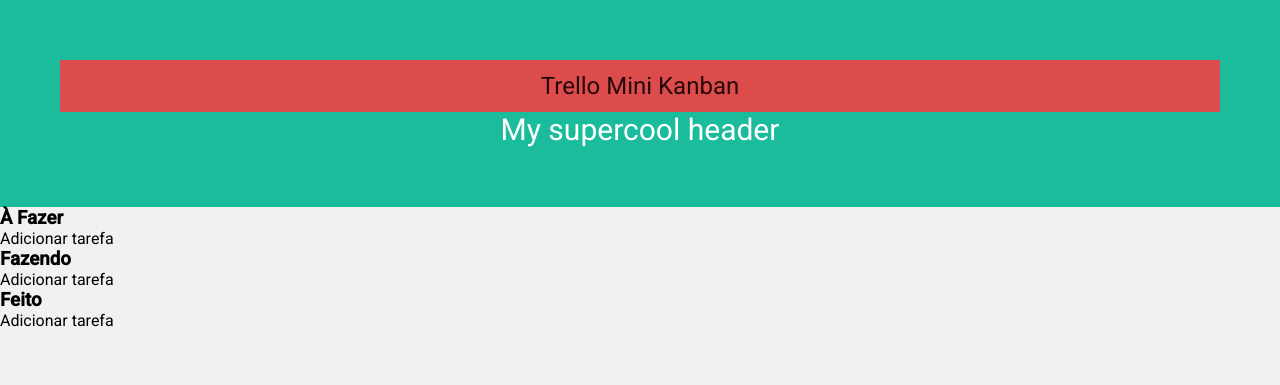
Repository: douglasabnovato/byteclass
Page: trello-mini-kanban/index.html
These files come from the project's save history. The page is drawn as it stood at one moment and after the next save; the edit follows.
The browser window is 1280 px wide. The pictures show the whole page.

Above is the page before, as saved 2025-07-31 20:22:12.

### trello-mini-kanban/index.html
<!DOCTYPE html>
<html>
  <head>
    <meta charset="UTF-8" />
    <meta http-equiv="X-UA-Compatible" content="IE=edge" />
    <meta name="viewport" content="width=device-width, initial-scale=1.0" />
    <link
      rel="stylesheet"
      href="https://cdnjs.cloudflare.com/ajax/libs/font-awesome/4.7.0/css/font-awesome.min.css"
    />
    <title>Trello Mini Kanban</title>
    <link rel="stylesheet" href="./style.css" />
  </head>

  <body>
    <div id="home" class="container content" >
      <header>
        <h1>Trello Mini Kanban</h1>
        <p>My supercool header</p>
      </header>

      <main>
        <div class="board">
          <h3 class="title">À Fazer</h3>
          <ul
            id="a-fazer"
            class="todo-list"
            ondrop="drop(event, this.id)"
            ondragover="over(event)"
          ></ul>
          <div class="add-card" onclick="addCard(this)">
            <p>Adicionar tarefa</p>
          </div>
        </div>

        <div class="board">
          <h3 class="title">Fazendo</h3>
          <ul
            id="fazendo"
            class="todo-list"
            ondrop="drop(event, this.id)"
            ondragover="over(event)"
          ></ul>
          <div class="add-card" onclick="addCard(this)">
            <p>Adicionar tarefa</p>
          </div>
        </div>

        <div class="board">
          <h3 class="title">Feito</h3>
          <ul
            id="feito"
            class="todo-list"
            ondrop="drop(event, this.id)"
            ondragover="over(event)"
          ></ul>
          <div class="add-card" onclick="addCard(this)">
            <p>Adicionar tarefa</p>
          </div>
        </div>
      </main>
    </div>

    <script src="./script.js"></script>
  </body>
</html>

### trello-mini-kanban/style.css
@import url("https://fonts.googleapis.com/css2?family=Roboto:wght@100;300;400;500&display=swap");

* {
  box-sizing: border-box;
  margin: 0;
}

body {
  background-color: #f1f1f1;
  font-family: "Roboto", sans-serif;
}

header {


    padding: 60px;
  text-align: center;
  background: #1abc9c;
  color: white;
  font-size: 30px;
}

header h1 {
  background-color: rgb(221, 76, 76);
  color: rgb(39, 9, 9);
  margin: 0;
  text-align: center;
  font-size: 24px;
  font-weight: 400;
  padding: 12px;
}

/*
main {
  display: flex;
  flex-wrap: wrap;
  justify-content: center;
  margin-top: 10px;
}

.board {
  background-color: rgba(255, 255, 255, 0.8);
  width: 320px;
  margin: 4px;
  display: flex;
  flex-direction: column;
}

.board .title {
  background-color: lightcoral;
  color: white;
  margin: 0;
  text-align: center;
  font-size: 24px;
  font-weight: 400;
}

.board ul {
  list-style-type: none;
  min-height: 330px;
  padding: 2px;
  display: flex;
  flex-wrap: wrap;
  align-content: flex-start;
}

.board li {
  background-color: white;
  box-shadow: 2px 2px rgba(0, 0, 0, 0.2);
  border-radius: 4px;
  min-width: 100px;
  height: 40px;
  display: flex;
  justify-content: space-between;
  margin: 4px 10px;
  padding: 8px;
  display: flex;
  align-items: center;
}

.board li:hover {
  cursor: move;
  background-color: rgba(200, 200, 200, 0.5);
  box-shadow: 2px 2px rgba(0, 0, 0, 0.4);
}

.board .todo-list .remove {
  width: 16px;
  height: 16px;
  border-radius: 50%;
  text-align: center;
  font-size: 12px;
  color: #c3c3c3;
}

.board .todo-list .remove:hover {
  cursor: pointer;
  background-color: lightcoral;
}

.board .add-card {
  background-color: rgba(200, 200, 200, 0.8);
  border-radius: 2px;
  box-shadow: 2px 2px rgba(0, 0, 0, 0.2);
  margin: 4px 4px;
}

.board .add-card:hover {
  background-color: rgba(192, 182, 182, 0.95);
  cursor: pointer;
  box-shadow: 2px 2px rgba(0, 0, 0, 0.4);
}

.board .add-card p {
  font-size: 16px;
  padding: 15px 10px;
  font-weight: 100;
}
*/

### trello-mini-kanban/script.js

// function addCard(element) {
//   const ulId = element.previousElementSibling.id;
//   const text = prompt("Qual é a tarefa?");
//   const board = document.getElementById(ulId);

//   const template = `
//     <li id="${new Date().getTime()}" draggable="true" ondragstart="drag(event)">
//         <p>${text}</p>
//         <p class="remove" onclick="removeCard(this)">x</p>
//     </li>
//   `;

//   board.innerHTML += template;
// }

// /* remover uma tarefa */
// function removeCard(element) {
//   document.getElementById(element.parentElement.id).remove();
// }

// /* arrastar uma tarefa entre os quadros */
// function drag(event) {
//   event.dataTransfer.setData("card", event.target.id);
// }

// function over(event) {
//   event.preventDefault();
// }

// function drop(event, id) {
//   event.preventDefault();

//   const target = document.getElementById(id);
//   const data = event.dataTransfer.getData("card");
//   const card = document.getElementById(data);

//   target.appendChild(card);
//   event.dataTransfer.clearData();
// }

After the next save:
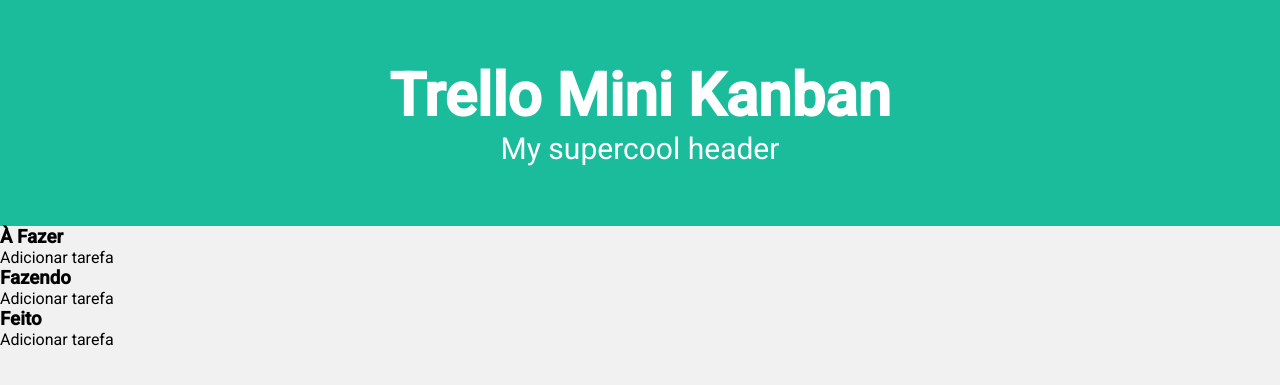
Saved 41 s later.
--- a/trello-mini-kanban/style.css
+++ b/trello-mini-kanban/style.css
@@ -18,16 +18,6 @@
   background: #1abc9c;
   color: white;
   font-size: 30px;
-}
-
-header h1 {
-  background-color: rgb(221, 76, 76);
-  color: rgb(39, 9, 9);
-  margin: 0;
-  text-align: center;
-  font-size: 24px;
-  font-weight: 400;
-  padding: 12px;
 }
 
 /*
